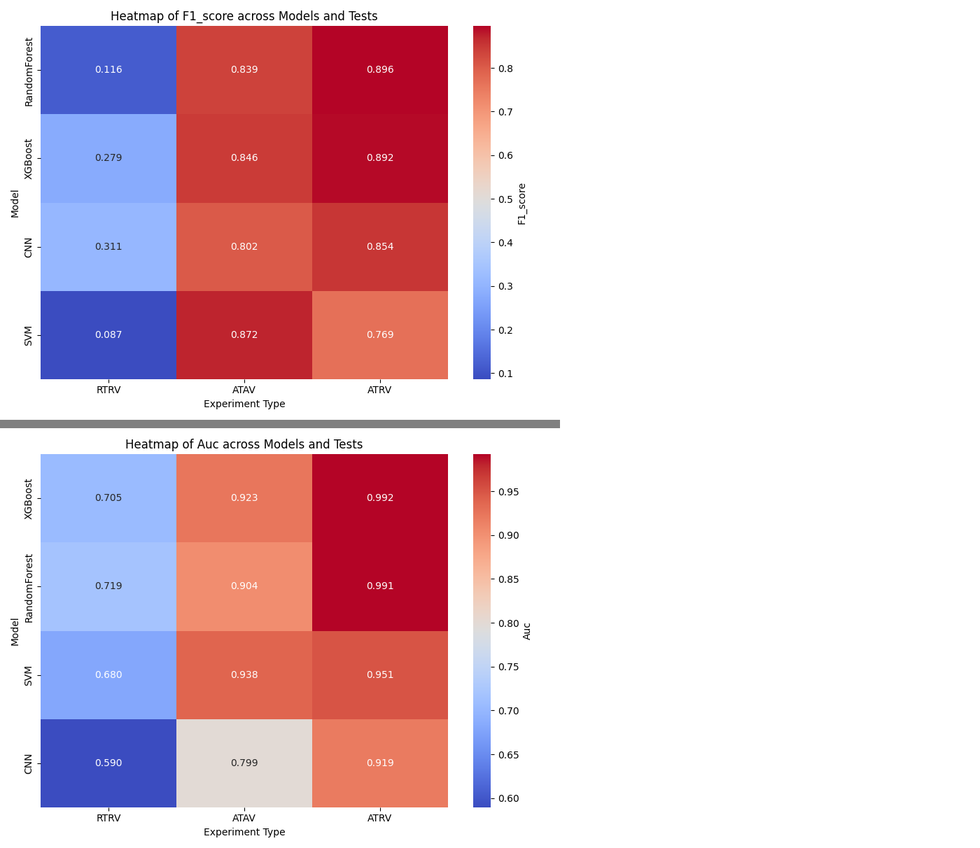
Repository: Hanqk97/COVID-19_Audio_Detection_Project
Script's output: python Plot/heatmap.py
An editor plug-in stored every save of this project. The script's output is shown before and after the next save, followed by the edit.
The pictures are shown at 70% of full size.
Each picture stacks the figures in order, with grey between them; figures that are only written to a file come last. Figures wider than 1,400 px are first shrunk to that width. Random numbers start from a fixed seed.

Above is the script's output before, as saved 2024-12-03 18:52:58.

After the next save:
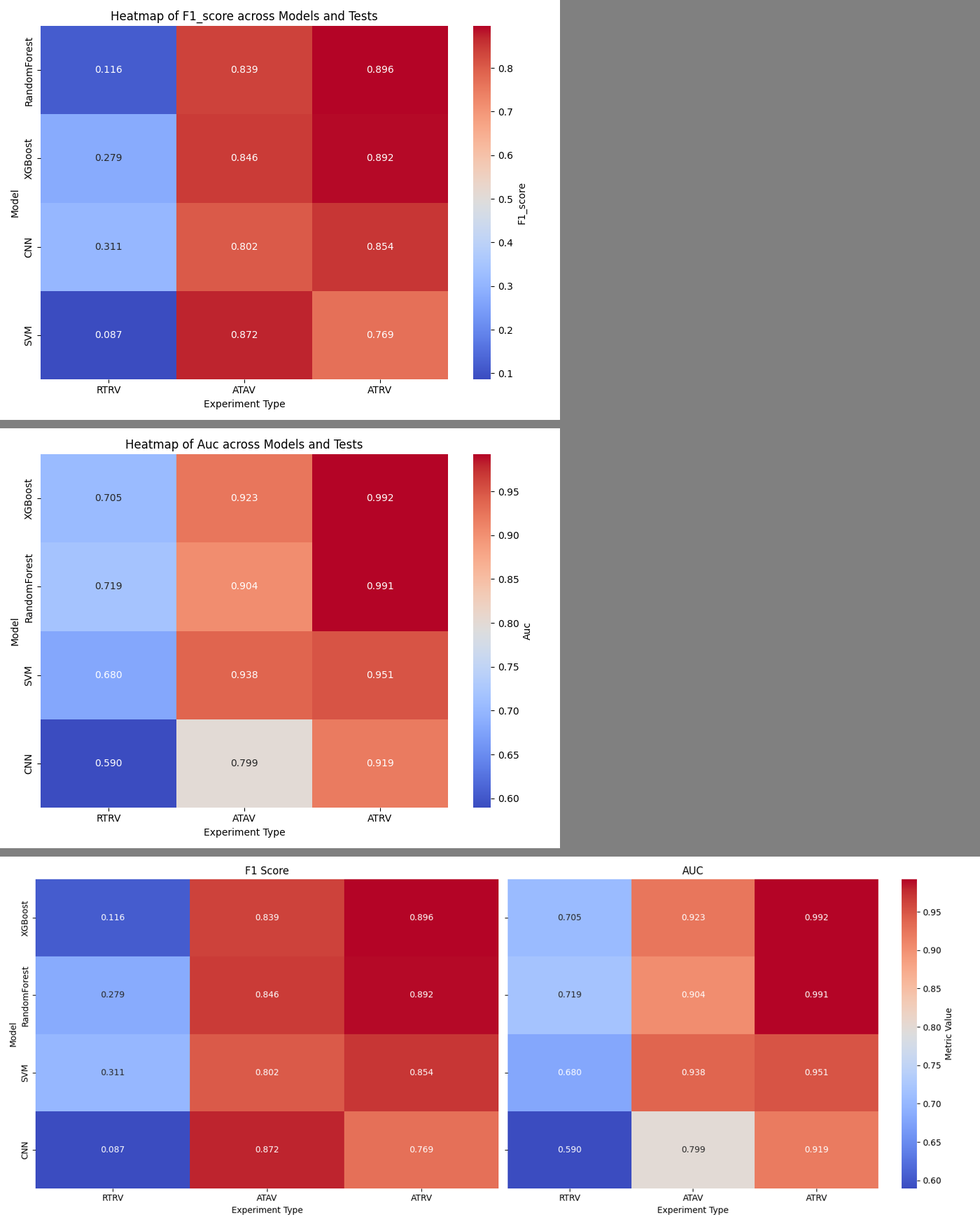
Saved 11 min 35 s later.
--- a/Plot/heatmap.py
+++ b/Plot/heatmap.py
@@ -4,13 +4,14 @@ import seaborn as sns
 import matplotlib.pyplot as plt
 
 output_dir = "Plot"
+
 # Load the JSON data
 with open("result/summary.json", "r") as f:
     data = json.load(f)
 
 # Extract relevant metrics and organize into a DataFrame
 def create_dataframe(metric_name):
-    models = ["CNN", "XGBoost","RandomForest","SVM"]
+    models = ["CNN", "XGBoost", "RandomForest", "SVM"]
     tests = ["RTRV", "ATAV", "ATRV"]
     values = []
 
@@ -23,7 +24,7 @@ def create_dataframe(metric_name):
     # Create a DataFrame
     df = pd.DataFrame(values, columns=tests, index=models)
 
-    # Sort rows based on "Augmented Data" values
+    # Sort rows based on "ATRV" (Augmented Test) values
     df = df.sort_values(by="ATRV", ascending=False)
 
     return df
@@ -39,10 +40,31 @@ def plot_heatmap(df, metric_name, filename):
     plt.savefig(filename)  # Save the heatmap to a file
     plt.close()
 
-# Generate and save heatmap for F1 Score
+# Generate combined heatmap figure
+def plot_combined_heatmaps(f1_df, auc_df, filename):
+    fig, axes = plt.subplots(1, 2, figsize=(16, 6), sharey=True)  # Two heatmaps side by side
+
+    # F1 Score Heatmap
+    sns.heatmap(f1_df, annot=True, fmt=".3f", cmap="coolwarm", cbar=False, ax=axes[0])
+    axes[0].set_title("F1 Score")
+    axes[0].set_ylabel("Model")
+    axes[0].set_xlabel("Experiment Type")
+
+    # AUC Heatmap
+    sns.heatmap(auc_df, annot=True, fmt=".3f", cmap="coolwarm", cbar_kws={"label": "Metric Value"}, ax=axes[1])
+    axes[1].set_title("AUC")
+    axes[1].set_xlabel("Experiment Type")
+
+    plt.tight_layout()
+    plt.savefig(filename)
+    plt.close()
+
+# Generate and save heatmaps for individual metrics
 f1_df = create_dataframe("f1_score")
 plot_heatmap(f1_df, "f1_score", f"{output_dir}/f1_score_heatmap.png")
 
-# Generate and save heatmap for AUC
 auc_df = create_dataframe("auc")
 plot_heatmap(auc_df, "auc", f"{output_dir}/auc_heatmap.png")
+
+# Generate and save combined heatmap
+plot_combined_heatmaps(f1_df, auc_df, f"{output_dir}/combined_heatmaps.png")
